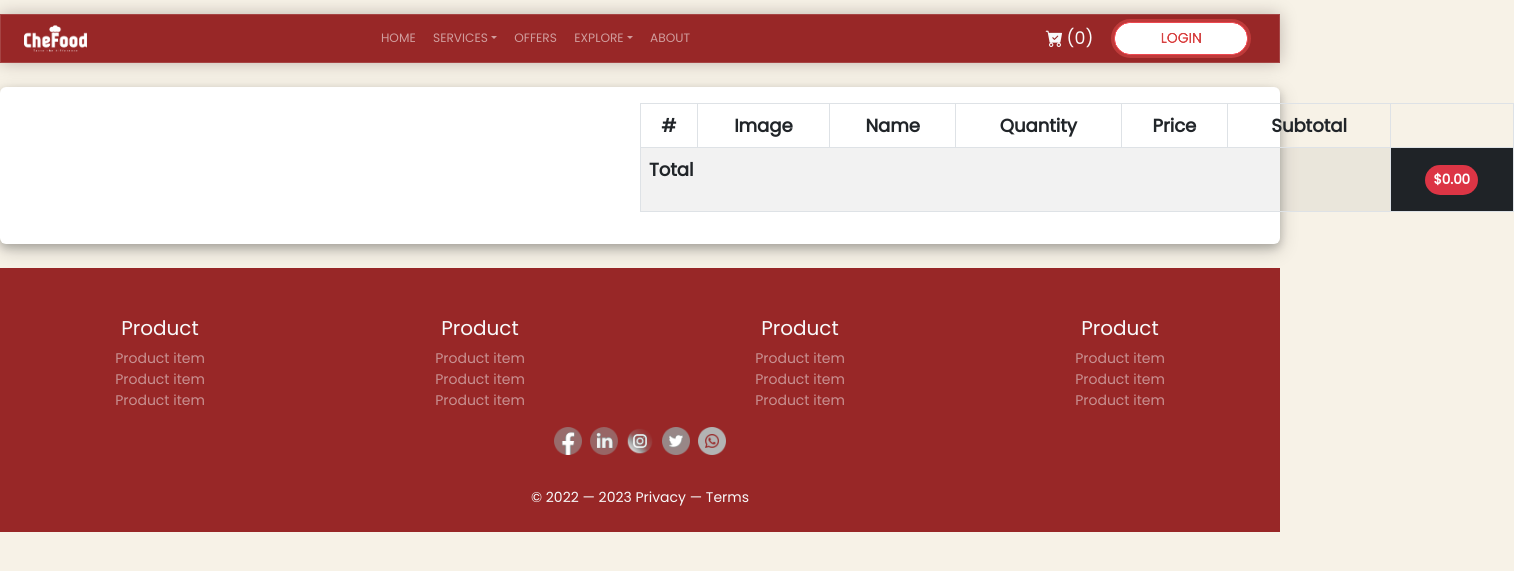
Repository: qamchamine/chefood
Page: /cart (app in front-end/)
These files come from the project's save history. The page is drawn as it stood at one moment and after the next save; the edit follows.
The browser window is 1280 px wide. The page is 1514 px wide, then 1292 px, so the pictures cover 1514 px, including what lies to the right of the window. The pictures show the whole page.
The project was rebuilt for these pictures with package versions that can differ from the ones it lists, and the page was loaded fresh each time. Some packages were replaced by stand-ins written for this rebuild. Also part of the build but not shown: front-end/src/css/products.css, front-end/src/components/small_components/ProductCard.jsx, front-end/src/components/small_components/AddProduct.jsx, front-end/src/components/pages/sub-pages/Products.jsx, front-end/src/components/small_components/ButtonMain.jsx, front-end/src/components/small_components/HomeCard.jsx, front-end/src/components/small_components/HomeCardFullSection.jsx, front-end/src/components/pages/Home.jsx and 34 more. Imported but missing from the stored project, and not drawn on this page: front-end/src/sounds/applause.mp3, front-end/src/sounds/wheel.mp3.

Above is the page before, as saved 2023-06-25 19:58:37.

### front-end/public/index.html
<!DOCTYPE html>
<html lang="en">
  <head>
    <meta charset="utf-8" />
    <link rel="icon" href="%PUBLIC_URL%/favicon.ico" />
    <meta name="viewport" content="width=device-width, initial-scale=1" />
    <meta name="theme-color" content="#000000" />
    <meta
      name="description"
      content="Web site created using create-react-app"
    />
    <link
    rel="stylesheet"
    href="https://fonts.googleapis.com/css?family=Roboto:400,700"
  />
  <link rel="stylesheet" href="https://cdn.jsdelivr.net/npm/bootstrap-icons@1.10.5/font/bootstrap-icons.css">

    <link rel="apple-touch-icon" href="%PUBLIC_URL%/logo192.png" />
    <link rel="manifest" href="%PUBLIC_URL%/manifest.json" />

    <link rel="stylesheet" href="https://fonts.googleapis.com/icon?family=Material+Icons">

    <link rel="stylesheet" href="https://maxcdn.bootstrapcdn.com/font-awesome/4.7.0/css/font-awesome.min.css">
    <script src="https://code.jquery.com/jquery-3.5.1.min.js"></script>
    <script src="https://cdn.jsdelivr.net/npm/popper.js@1.16.0/dist/umd/popper.min.js"></script>




    <title>React App</title>
  </head>
  <body>

    <div id="root"></div>
<!--     <script src="jquery/jquery-3.6.0.js"></script>  -->
    <script src="https://unpkg.com/sweetalert/dist/sweetalert.min.js"></script>

  </body>
</html>

### front-end/src/config/ShoppingContext.jsx

  import React, { createContext, useState, useEffect } from 'react';
  import Swal from 'sweetalert2'
  import axios from 'axios';

   const ShoppingContext = createContext();

const ShoppingProvider = ({ children }) => {
/*     const [orders,setOrders] = useState([])
     */

/*       function removeFromCart(item){
        setCartItems(cartItems.filter(product => product.id !== item.id));
        Swal.fire({
          position: 'top-end',
          icon: 'success',
          title: 'Your item has been removed',
          showConfirmButton: false,
          timer: 1500
        });
      } */

      return (
    <ShoppingContext.Provider value={
        { /* orders,setOrders */
          /* products,  cartItems, removeFromCart */
        }
      }>      {children}
    </ShoppingContext.Provider>
  );
};
export { ShoppingContext, ShoppingProvider }

### front-end/src/components/Footer.jsx
import React, { useEffect } from 'react'

import Facebook from '../images/icons/facebook.png'
import Linkedin from '../images/icons/linkedin.png'
import Instagram from '../images/icons/instagram.png'
import Twitter from '../images/icons/twitter.png'
import Whatsapp from '../images/icons/whatsapp.png'
import './../css/nav-footer.css';
export default function Footer() {

    return (
        <div className='footer container-fluid' style={{ background: '#982727' }}>
            <footer className=' py-2 pt-5 d-grid text-light'>
                <div className='row justify-content-around text-center '>
                    <div className='d-grid col-6 col-sm-12 col-md-6 col-lg-4 col-xl-3'>
                        <h5>Product</h5>
                        <a className='text-decoration-none text-light opacity-50' href="">Product item</a>
                        <a className='text-decoration-none text-light opacity-50' href="">Product item</a>
                        <a className='text-decoration-none text-light opacity-50' href="">Product item</a>
                    </div>
                    <div className='d-grid col-6 col-sm-12 col-md-6 col-lg-4 col-xl-3'>
                        <h5>Product</h5>
                        <a className='text-decoration-none text-light opacity-50' href="">Product item</a>
                        <a className='text-decoration-none text-light opacity-50' href="">Product item</a>
                        <a className='text-decoration-none text-light opacity-50' href="">Product item</a>
                    </div>
                    <div className='d-grid col-6 col-sm-12 col-md-6 col-lg-4 col-xl-3'>
                        <h5>Product</h5>
                        <a className='text-decoration-none text-light opacity-50' href="">Product item</a>
                        <a className='text-decoration-none text-light opacity-50' href="">Product item</a>
                        <a className='text-decoration-none text-light opacity-50' href="">Product item</a>
                    </div>
                    <div className='d-grid col-6 col-sm-12 col-md-6 col-lg-4 col-xl-3'>
                        <h5>Product</h5>
                        <a className='text-decoration-none text-light opacity-50' href="">Product item</a>
                        <a className='text-decoration-none text-light opacity-50' href="">Product item</a>
                        <a className='text-decoration-none text-light opacity-50' href="">Product item</a>
                    </div>
                </div>
                <div className='footer-icons row justify-content-center py-3 '>
                    <div className='d-flex gap-2 justify-content-center'>
                        <a href=""> <img src={Facebook} className='footer-icon' alt="" /> </a>
                        <a href=""> <img src={Linkedin} className='footer-icon' alt="" /> </a>
                        <a href=""> <img src={Instagram} className='footer-icon' alt="" /> </a>
                        <a href=""> <img src={Twitter} className='footer-icon' alt="" /> </a>
                        <a href=""> <img src={Whatsapp} className='footer-icon' alt="" /> </a>

                    </div>
                </div>
                <div className='row justify-content-center py-3'>
                    © 2022 — 2023 Privacy — Terms
                </div>
            </footer>
        </div>

    )
}

### front-end/src/css/home.css
.homeBG {
    height: fit-content;
    position: relative;
    right: -10%;
    top: 34%;
    z-index: -1;
    width: 100em !important;


}
@font-face {
    font-family: 'poppin';
    src: url('../fonts/Poppins/Poppins-Regular.ttf') ;
    font-weight: normal;
    font-style: normal;
  }
body {
    font-family:'poppin', sans-serif !important;
    background-color: #F7F2E7 !important;
    max-width: 100vw;
    font-weight: normal !important;
    overflow-x: hidden;
    font-size: 14px !important;
}

body::-webkit-scrollbar {
    width: 0;
}

.nb {
/*     position: fixed; */
/*     top: 1em; */
    background-color: #982727 !important;
    box-shadow: 0 0px 20px #1f020241;
    border: 1px solid #ffffff22;
}

.navbar {
    background-color: #982727 !important;
}

.changeColor {
    background-color: blue !important;
}

.signUP {
    background: white !important;
    color: #982727 !important;
    font-weight: bold !important;
    outline: 5px solid #982727ab;
    outline-offset: -2px;
    transition: 500ms ease;


}

.homeContent {
    height: 90vh;
    z-index: 0;
    margin-top: -1.5em !important;
}

.homeContent h1 {
    color: #F7F2E7;
    text-align: start;
width: 40vw !important;
}

.homeContent h1 span {
    position: relative;
    display: inline-block;
    margin-bottom: 10px;
    padding: 4px 20px 8px;
    transition: 1s ease;
}

.homeContent h1 span::before {
    content: '';
    position: absolute;
    background: #982727;
    left: 0;
    top: 0;
    z-index: -1;
    width: 100%;
    height: 100%;
    transform: skew(-10deg);
}

.homeContent h1 span:last-child::before {
    transform: skew(10deg);
}

.homeContent p {
    width: 72%;
    color: #982727;
    text-align: left;
}

.homeContent .homeMainButtons {
    width: 72%;
}

.cardBtn {
    transition: 1s ease;
}

.cardBtn:hover {
    filter: brightness(130%);

}

.cardBtn i {
    left: 63%;
    transition: 300ms ease;
}

.cardBtn:hover i {
    left: 75%;
}

.btnMain:hover {
    filter: brightness(130%);
}

.card-img-top {
    object-fit: cover;
}

.signUP:hover {

    background: #982727 !important;
    color: white !important;
    font-weight: bold !important;
    outline: 5px solid #ffffff55;
    outline-offset: -4px;
}

.cardsGroup:not(:first-child) {
    translate: 50% 0;
}

.arrow-1-1 {
    position: absolute;
    top: 50%;
    left: 0;
}

.home .carousel-control-prev-icon,
.home .carousel-control-next-icon {

    width: 1.3em;
    height: 1.3em;
    color:black !important;

    outline: 12px solid #982929;
    outline-offset: -1px;
    background-color: #982929;
    background-size: 100%, 100%;
    border-radius: 50%;
    box-shadow: 0 0 10px black;
}

.home .carousel-control-prev,
.home .carousel-control-next {
    z-index: 10;
    width: 4em !important;
/*     background: red; */

}

/* .py-4 {
    padding-top: 0rem !important;
    padding-bottom: 0rem !important;
} */

.nb{
    zoom:87%;
}

### front-end/src/css/cart.css
.ajouterPanierTable td{
    font-size: .9em;
    width: fit-content !important;
    text-align: center;
}
.ajouterPanierTable th{
    width: fit-content !important;
    text-align: center;
}
.ajouterPanierTable {
width: 70% !important;
position: relative;
left: 50%;
translate: -50;
}

### front-end/src/css/Reviews.css
.Reviews-color
{
  color : #982727;
  text-transform: uppercase;
  letter-spacing: 0.5em;
}
.Reviews-paragraph
{
  font-size: 0.8em;
}
.parent-card{
    margin-top:50px !important;
}
.card
{
    border: none !important;
    box-shadow: 0 4px 8px 0 rgba(0, 0, 0, 0.2), 0 6px 20px 0 rgba(0, 0, 0, 0.19);
}
.user-name
{
    color : #000D7E;
}
.description
{
    color: #982727;
    font-size: 0.75em;
}
.comment{
    margin:5px;
    font-size:0.55em;
}
.reviewCardImage{
    margin-top:16px;
}
.reviewCard:hover .reviewCardImage{
    scale:1.2;
    margin-inline:.3em;
}
.reviewCard:hover .reviewCardImage{
    transition:300ms ease;
}
.reviewCard:hover .hoverstar{
    scale:1.2;
    margin-inline:.3em;
}
.reviewCard .hoverstar{
    transition:300ms ease;
}
.reviewCardImage{
    width:40%;
    transition:300ms ease;
}

.reviewCard strong{
    left:50%;
    translate:-50% 0;
    width:100%;
    bottom:.9em;
}

.the-bottom-page{
    margin-top:25px;
    position: absolute;
    left: auto;
    right: 0;
}

@media (max-width: 1200px) { /* Extra large devices (large desktops, 1200px and up) */
    .card {
      width: 100%;
    }
    .col-4 {
      width: 33.33333333%;
    }
    strong img{
        width: 19px;
    }
  }
  @media (max-width: 1118px) { /* Large devices (desktops, 992px and up) */
    .card {
      width: 100%;
    }
    .col-4 {
        width: 33.33333333%;
    }
    strong img{
        width: 16px;
    }
  }
  @media (max-width: 992px) { /* Medium devices (tablets, 768px and up) */
    .card {
        width: 140%;
    }
  }
  @media (max-width: 770px) { /* Medium devices (tablets, 768px and up) */
    .card {
        width: 95%;
    }
    .col-4 {
        width: 25% !important;
    }
    .parent-card
    {
        --bs-gutter-x: 0.5rem;
        display: grid !important;
        grid-template-columns: repeat(2, 1fr);
    }
    .col-4 {
        margin-top:10px !important;
        width: 60% !important;
    }
  }
  @media (max-width: 716px) { /* Small devices (landscape phones, 576px and up) */

    .card {
        width: 95%;
    }
        strong img{
        width: 16px;
    }
  }
  @media only screen and (max-width: 576px){ /* Small devices (landscape phones, 576px and up) */

    .card {
        width: 95%;
    }
    .col-md-2 {
        flex: 0 0 16.666667%;
        max-width: 16.666667%;
    }
    strong img{
        width: 16px;
    }
  }

  @media only screen and (max-width: 528px){ /* Small devices (landscape phones, 576px and up) */

    .card {
        width: 70%;
        margin-left:30px;
    }
    .parent-card
    {
        --bs-gutter-x: 0.5rem;
        display: grid !important;
        grid-template-columns: repeat(1, 1fr);
    }
    .col-md-2 {
        flex: 0 0 16.666667%;
        max-width: 16.666667%;
    }
    strong img{
        width: 16px;
    }
  }

  @media only screen and (max-width: 365px){ /* Small devices (landscape phones, 576px and up) */

    .card {
        width: 80%;
        margin-left:20px;
    }
    .parent-card
    {
        --bs-gutter-x: 0.5rem;
        display: grid !important;
        grid-template-columns: repeat(1, 1fr);
    }
    .col-md-2 {
        flex: 0 0 16.666667%;
        max-width: 16.666667%;
    }
    strong img{
        width: 16px;
    }
  }

### front-end/src/css/location.css
@import url('https://fonts.googleapis.com/css2?family=Roboto:wght@100&display=swap');

.location-color
{
  color : #982727;
  text-transform: uppercase;
  letter-spacing: 0.3em;
}
.where-restorant
{
    width: 459px;
    margin:auto;
}
.restorant-location-title{
    font-family: 'Century Gothic';
    font-size:32px;
    font-weight:400;
}
.restorant-location-line{
    background:#B12222;
    height: 3px;
    width: 450px;
    display: inline-block;
    margin: 15px auto;
}
.restorant-location-p
{
    color:#000000 75%;
    font-size: 15px;
    font-weight: 400;
    font-family: 'Roboto', sans-serif;
}
.main-location{
    display: grid !important;
    grid-template-columns: repeat(2, 1fr);
    flex-direction: column;
    justify-content: center;
    align-items: center;
    text-align:center;
}
.restorant-location-btn{
    background-color: #B12222;
    border: none;
    width: 300px;
    height: 40px;
    border-radius: 15px;
    color: #fff;
}
.restorant-location-btn:hover{
    background-color: #fff;
    border: 2px solid #B12222;
    border-radius: 15px;
    color: #B12222;
}
.location-icon{
    margin-right: 15px;
}


  @media (max-width: 1123px) { /* Extra large devices (large desktops, 1200px and up) */
    .earth-image img{
        width: 450px;
    }
  }
  @media (max-width: 992px) { /* Medium devices (tablets, 768px and up) */
    .earth-image img{
        width: 400px;
    }
    .where-restorant {
        width: 400px;
        margin: auto;
    }
    .restorant-location-line{
        width: 350px;
        display: inline-block;
    }
  }
  @media (max-width: 868px) { /* Medium devices (tablets, 768px and up) */

    .earth-image img{
        width: 380px;
    }
    .where-restorant {
        width: 380px;
        margin: auto;
    }
    .restorant-location-line{
        width: 320px;
        display: inline-block;
    }
    .restorant-location-p{
        font-size: 13px;
    }
    .restorant-location-title{
        font-size:28px;
    }

  }
  @media (max-width: 783px) { /* Small devices (landscape phones, 576px and up) */
    .earth-image img{
        margin-top: 30px;
        width: 380px;
    }
    .where-restorant {
        width: 380px;
        margin: auto;
    }
    .restorant-location-line{
        width: 320px;
        display: inline-block;
    }
    .restorant-location-p{
        font-size: 15px;
    }
    .restorant-location-title{
        font-size:32px;
    }
    .main-location{
        display: grid !important;
        grid-template-columns: repeat(1, 1fr);
        justify-items: center;
        text-align:center;
    }
  }
  @media(max-width: 401px){ /* Small devices (landscape phones, 576px and up) */
    .earth-image img{
        width: 330px;
        margin-top: 30px;
    }
    .where-restorant {
        width: 330px;
        margin: auto;
    }
    .restorant-location-line{
        width: 320px;
        display: inline-block;
    }
    .restorant-location-p{
        font-size: 13px;
    }
    .restorant-location-title{
        font-size:28px;
    }
    .main-location{
        display: grid !important;
        grid-template-columns: repeat(1, 1fr);
        justify-items: center;
        text-align:center;
    }
  }

### front-end/src/css/contactus.css
@import url('https://fonts.googleapis.com/css2?family=Inter:wght@200;400&family=Quattrocento+Sans&family=Roboto&display=swap');

.contactus-color{
    color : #982727;
    text-transform: uppercase;
    letter-spacing: 0.3em;
}
.image-contactus img{
    height: 620px;
}
.main-contactus{
    display: grid !important;
    grid-template-columns: repeat(2, 1fr);
    justify-items: center;
}
.message-information-send{
    width:auto;
    margin:auto;
}
.message-information-send label
{
    margin:25px 0 10px 0;
    font-family: 'Inter';
    font-style: normal;
    font-weight: 400;
    font-size: 13px;
    line-height: 26px;
    color: #692C2C;
}
.message-information-send input{
    padding:3px 15px;
    margin:15 0px;
    Width:425px;
    Height:56px;
    background: #F7F2E7;
    border: 2px solid #982727;
    border-radius: 5px;
}
.message-information-send {
    outline: none;
}
.message-information-send textarea{
    padding:15px;
    Width:425px;
    Height:220px;
    background: #F7F2E7;
    border: 2px solid #982727;
    border-radius: 5px;
}
.message-information-send textarea,input::placeholder{
    font-family: 'Inter';
    font-style: normal;
    font-weight: 200;
    font-size: 12px;
}
.message-information-send input,textarea:focus-visible{
    outline: none;
}
.send-contact-btn{
    margin-top: 14px;
    background-color: #B12222;
    border: none;
    width: 425px;
    height: 40px;
    border-radius: 15px;
    color: #fff;
    font-family: 'Roboto';
    font-style: normal;
    font-weight: 500;
    font-size: 19px;
}
.send-icon{
    margin-right:15px;
}
.send-contact-btn:hover{
    background-color: #fff;
    border: 2px solid #B12222;
    border-radius: 15px;
    color: #B12222;
}









  @media (max-width: 1118px) { /* Large devices (desktops, 992px and up) */
    .image-contactus img{
        height: 620px;
        width:550px;
    }

    .message-information-send input{
        width:325px;
    }
    .message-information-send textarea{
        width:325px;
    }
    .send-contact-btn{
        width:325px;
    }
  }
  @media (max-width: 992px) { /* Medium devices (tablets, 768px and up) */
    .image-contactus img{
        margin: auto;
        height: 550px;
        width:450px;
    }
    .message-information-send{
        margin-right:50px;
    }
    .message-information-send input{
        width:325px;
    }
    .message-information-send textarea{
        width:325px;
    }
    .send-contact-btn{
        width:325px;
    }
  }
  @media (max-width: 881px) { /* Medium devices (tablets, 768px and up) */
    .image-contactus img{
        margin: auto;
        height: 550px;
        width:450px;
    }
    .main-contactus{
        display: grid !important;
        grid-template-columns: repeat(1, 1fr);
        flex-direction: column;
        justify-content: center;
        align-items: center;
    }
    .message-information-send{
        margin:auto;
    }
    .message-information-send input{
        width: 425px;
    }
    .message-information-send textarea{
        width: 425px;
    }
    .send-contact-btn{
        width: 425px;
    }
  }


  @media only screen and (max-width: 467px){ /* Small devices (landscape phones, 576px and up) */

    .image-contactus img{
        margin: auto;
        height: 500px;
        width:330px;
    }
    .main-contactus{
        display: grid !important;
        grid-template-columns: repeat(1, 1fr);
        justify-items: center;
    }
    .message-information-send{
        margin:auto;
    }
    .message-information-send input{
        width: 325px;
    }
    .message-information-send textarea{
        width: 325px;
    }
    .send-contact-btn{
        width: 325px;
    }

  }

### front-end/src/css/Timer.css

@import url(https://fonts.googleapis.com/css?family=Titillium+Web:400,200,200italic,300,300italic,900,700italic,700,600italic,600,400italic);

/* .timer {
  font-family: 'Titillium Web', cursive;
  width: 800px;
  margin: 0 auto;
  text-align: center;
  color: white;
  background: #222;
  font-weight: 100;
} */

.timer {
  display: inline-flex;
  line-height: 1;
  padding: 20px;
  font-size: 40px;
  font-family: 'Times New Roman', cursive;


}
.timerD{
    border-radius: 2px;
    padding: 5px;
    font-size: 10px;
    border: 70px rgb(131, 55, 55);
    box-shadow:2px 2px 4px rgba(0, 0, 0, 0.4), 4px 4px 8px rgba(0, 0, 0, 0.2);
}

.Stime {
  display: block;
  font-size: 20px;
  color: rgb(206, 178, 19);

}

#days {
  font-size: 80px;
  color: rgb(92, 25, 5);
  background-color:rgb(230, 230, 234);

  margin: 15px;
}
#hours {
  font-size: 80px;
  color: rgb(92, 25, 5);
  background-color:rgb(230, 230, 234);
  margin: 15px;
}
#minutes {
  font-size: 80px;

  color: rgb(92, 25, 5);
  background-color:rgb(230, 230, 234);
  margin: 15px;
}
#seconds {
  font-size: 80px;
  color: rgb(92, 25, 5);
  background-color:rgb(230, 230, 234);
  margin: 15px;
}

Loaded but not shown: front-end/src/index.css (common file); front-end/src/config/LoginContext.js (93 lines, source omitted); front-end/src/App.js (42 lines, source omitted); front-end/src/index.js (24 lines, source omitted); front-end/src/css/reservation.css (400 lines, source omitted); front-end/src/components/Navbar.jsx (179 lines, source omitted); front-end/src/css/nav-footer.css (260 lines, source omitted); front-end/src/components/small_components/shopping/Cart.jsx (88 lines, source omitted)

After the next save:
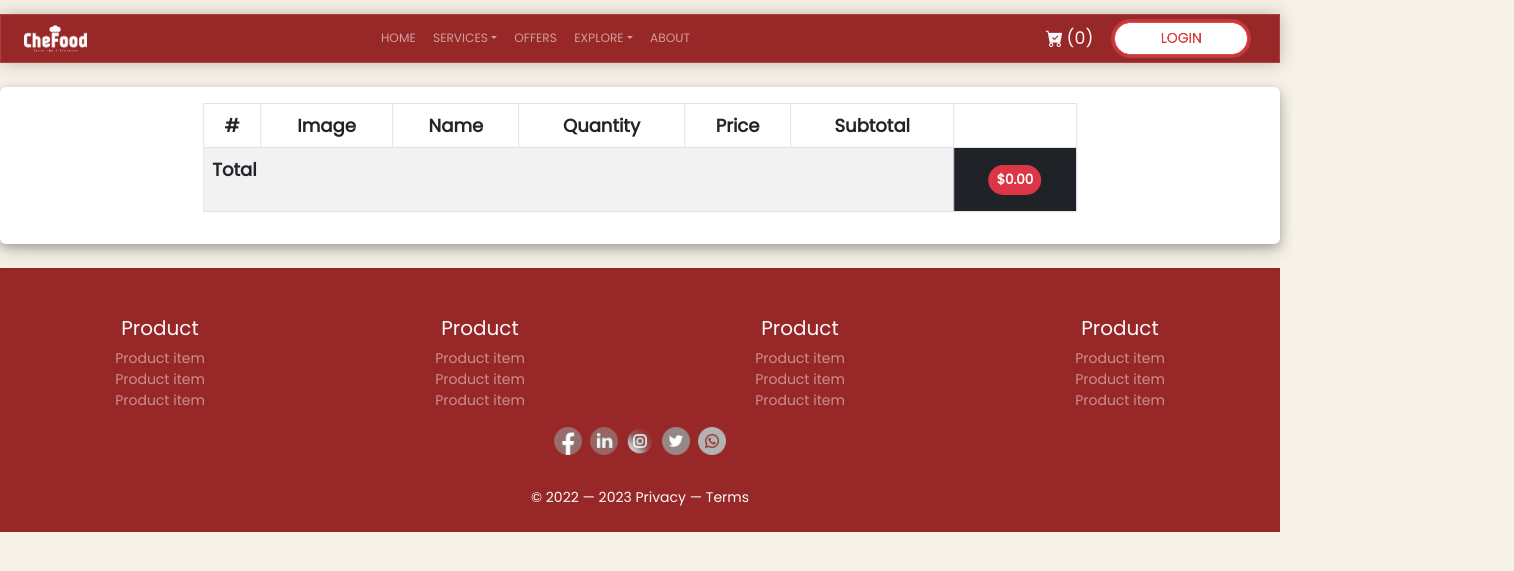
Saved 4 s later.
--- a/front-end/src/css/cart.css
+++ b/front-end/src/css/cart.css
@@ -11,5 +11,5 @@
 width: 70% !important;
 position: relative;
 left: 50%;
-translate: -50;
+translate: -50% 0;
 }
